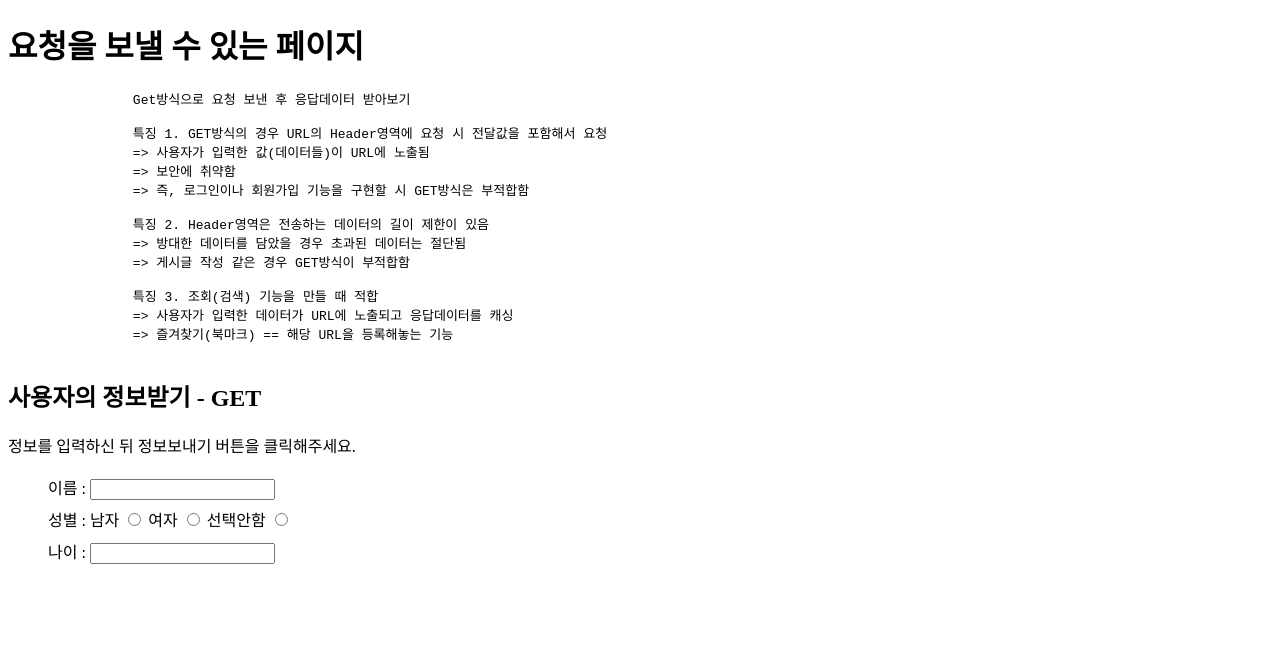
Repository: rlaehqkf/java_practice
Page: MyFirstWebProject/src/main/webapp/views/request_get.html
The author's editor kept a copy of each file at every save. The page is drawn from the files as they stood at one save, then again after the next save.
The browser window is 1280 px wide. The pictures show the whole page.

Above is the page before, as saved 2026-05-04 05:13:24.

After the next save:
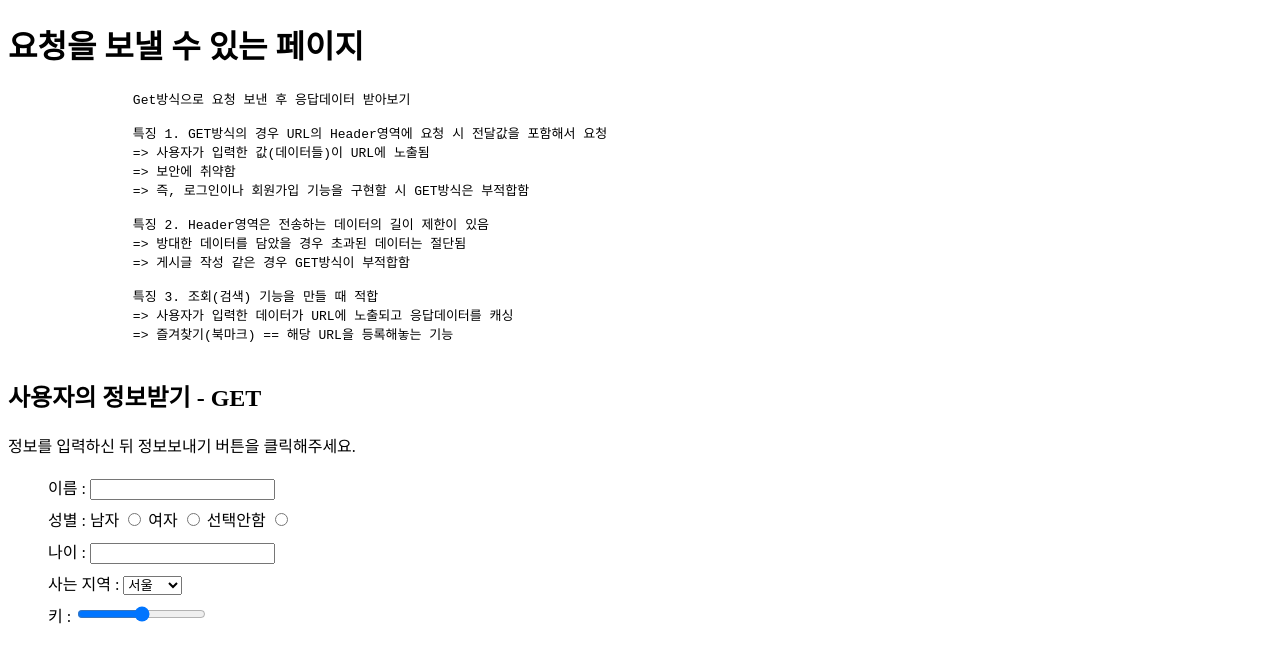
Saved 3 min 21 s later.
--- a/MyFirstWebProject/src/main/webapp/views/request_get.html
+++ b/MyFirstWebProject/src/main/webapp/views/request_get.html
@@ -53,10 +53,14 @@
 				나이 : <input type="number" name="age" />
 			</li>
 			<li>
-
+				사는 지역 :
+				<select name="city">
+					<option>서울</option>
+					<option value="제주도">제주도</option>
+				</select>
 			</li>
 			<li>
-
+				키 : <input type="range" min="130" max="220" name="height" />
 			</li>
 			<li>
 
